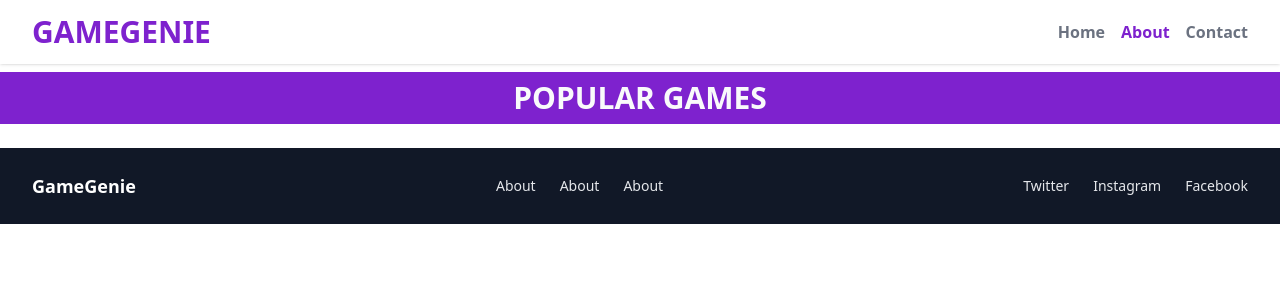
Repository: mfaeezshabbir/Gamegenie
Page: /allGames
These files come from the project's save history. The page is drawn as it stood at one moment and after the next save; the edit follows.
The browser window is 1280 px wide. The pictures show the whole page.
The page's requests for data from a server got no answer. The project was rebuilt for these pictures with package versions that can differ from the ones it lists, and the page was loaded fresh each time. The framework's server and built-in components were replaced by stand-ins that run in the browser. No one was signed in, and anything a server would have sent is missing. Also part of the build but not shown: next.config.js, components/GameCard/GameCard.jsx.

Above is the page before, as saved 2023-04-18 15:53:21.

### pages/_app.js
import Footer from "@/components/Footer/Footer";
import Header from "@/components/Header/Header";
import "@/styles/globals.css";

export default function App({ Component, pageProps }) {
  return (
    <>
      <Header />
      <Component {...pageProps} />
      <Footer />
    </>
  );
}

### pages/allGames.jsx
import { useEffect, useState } from "react";
import axios from "axios";
import GameCard from "../components/GameCard/GameCard";

export default function Home() {
  const [games, setGames] = useState([]);

  useEffect(() => {
    axios
      .get("/api/games")
      .then((response) => {
        setGames(response.data);
      })
      .catch((error) => {
        console.error(error);
      });
  }, []);

  return (
    <div className=" mt-2" >
      <h1 className="text-3xl text-center bg-purple-700 p-2 uppercase font-bold text-gray-50 " >Popular Games</h1><br />
      <div className="grid grid-cols-1 sm:grid-cols-2 lg:grid-cols-3 gap-4">
        {games.map((game) => (
          <GameCard key={game.name} game={game} />
        ))}
      </div>
    </div>
  );
}

### components/Footer/Footer.jsx
import Link from 'next/link';

function Footer() {
  return (
    <footer className="bg-gray-900 text-gray-200 py-6 w-full">
      <div className="max-w-7xl mx-auto px-4 sm:px-6 lg:px-8 flex flex-wrap justify-between items-center">
        <div className="w-full sm:w-auto mb-4 sm:mb-0">
          <Link href="/" className="text-lg font-bold text-white hover:text-gray-400 transition-colors duration-300">
            GameGenie
          </Link>
        </div>
        <div className="w-full sm:w-auto text-sm">
          <ul className="flex flex-wrap gap-6">
            <li>
              <Link href="/about" className="hover:text-gray-400 transition-colors duration-300">
                About
              </Link>
            </li>
            <li>
              <Link href="/about" className="hover:text-gray-400 transition-colors duration-300">
                About
              </Link>
            </li>
            <li>
              <Link href="/about" className="hover:text-gray-400 transition-colors duration-300">
                About
              </Link>
            </li>
          </ul>
        </div>
        <div className="w-full sm:w-auto text-sm">
          <ul className="flex flex-wrap gap-6">
            <li>
              <a href="https://twitter.com/GameGenie" target="_blank" rel="noopener noreferrer" className="hover:text-gray-400 transition-colors duration-300">
                Twitter
              </a>
            </li>
            <li>
              <a href="https://www.instagram.com/GameGenie" target="_blank" rel="noopener noreferrer" className="hover:text-gray-400 transition-colors duration-300">
                Instagram
              </a>
            </li>
            <li>
              <a href="https://www.facebook.com/GameGenie" target="_blank" rel="noopener noreferrer" className="hover:text-gray-400 transition-colors duration-300">
                Facebook
              </a>
            </li>
          </ul>
        </div>
      </div>
    </footer>
  );
}

export default Footer;

### components/Header/Header.jsx
import React, { useState } from 'react';
import Link from 'next/link';
import { useRouter } from 'next/router';

function NavItem({ href, children, active }) {
    return (
        <Link href={href}>
            <div className={`text-gray-500 hover:text-gray-900 ${active ? 'text-purple-700' : ''}`}>
                {children}
            </div>
        </Link>
    );
}

function Header() {
    const [isMenuOpen, setIsMenuOpen] = useState(false);

    const toggleMenu = () => {
        setIsMenuOpen(prevState => !prevState);
    };

    const links = [
        { href: '/', text: 'Home' },
        { href: '/allGames', text: 'About' },
        { href: '/profile', text: 'Contact' },
    ];

    const currentPath = useRouter().pathname;

    const MobileMenu = () => (
        <div className={`${isMenuOpen ? 'block' : 'hidden'} md:hidden`} id="mobile-menu">
            <div className="px-2 pt-2 pb-3 space-y-1 sm:px-3">
                {links.map(link => (
                    <NavItem
                        key={link.href}
                        href={link.href}
                        active={link.href === currentPath}
                    >
                        {link.text}
                    </NavItem>
                ))}
            </div>
        </div>
    );

    return (
        <>
            <header className="bg-white shadow fixed w-full z-10">
                <div className="max-w-7xl mx-auto px-4 sm:px-6 lg:px-8">
                    <nav className="flex justify-between items-center h-16">
                        <div className="flex-shrink-0 text-3xl text-purple-700 uppercase font-bold">
                            <Link href="/">
                                {/* <Logo className="h-6 w-6" alt="GameGenie logo" /> */}
                                Gamegenie
                            </Link>
                        </div>
                        <div className="hidden md:block">
                            <div className="ml-10 flex items-baseline space-x-4 font-semibold ">
                                {links.map(link => (
                                    <NavItem
                                        key={link.href}
                                        href={link.href}
                                        active={link.href === currentPath}
                                    >
                                        {link.text}
                                    </NavItem>
                                ))}
                            </div>
                        </div>
                        <div className="-mr-2 flex md:hidden">
                            <button
                                type="button"
                                onClick={toggleMenu}
                                className="inline-flex items-center justify-center p-2 rounded-md text-gray-400 hover:text-gray-500 hover:bg-gray-100 focus:outline-none focus:ring-2 focus:ring-offset-2 focus:ring-offset-gray-100 focus:ring-indigo-500"
                                aria-controls="mobile-menu"
                                aria-expanded="false"
                            >
                                <span className="sr-only">Open main menu</span>
                                <svg
                                    className={`${isMenuOpen ? 'hidden' : 'block'} h-6 w-6`}
                                    xmlns="http://www.w3.org/2000/svg"
                                    fill="none"
                                    viewBox="0 0 24 24"
                                    stroke="currentColor"
                                    aria-hidden="true"
                                >
                                    <path strokeLinecap="round" strokeLinejoin="round" strokeWidth="2" d="M4 6h16M4 12h16M4 18h16" />
                                </svg>
                                <svg className={`${isMenuOpen ? 'block' : 'hidden'} h-6 w-6`}
                                    xmlns="http://www.w3.org/2000/svg"
                                    fill="none"
                                    viewBox="0 0 24 24"
                                    stroke="currentColor"
                                    aria-hidden="true"
                                >
                                    <path strokeLinecap="round" strokeLinejoin="round" strokeWidth="2" d="M6 18L18 6M6 6l12 12" />
                                </svg>
                            </button>
                        </div>
                    </nav>
                </div>
                <MobileMenu />
            </header>
            <div className="h-16" />
        </>
    );
}

export default Header;

### styles/globals.css
@tailwind base;
@tailwind components;
@tailwind utilities;

:root::-webkit-scrollbar{
    display: none;
}

Loaded but not shown: pages/_document.js (common file); tailwind.config.js (common file)

After the next save:
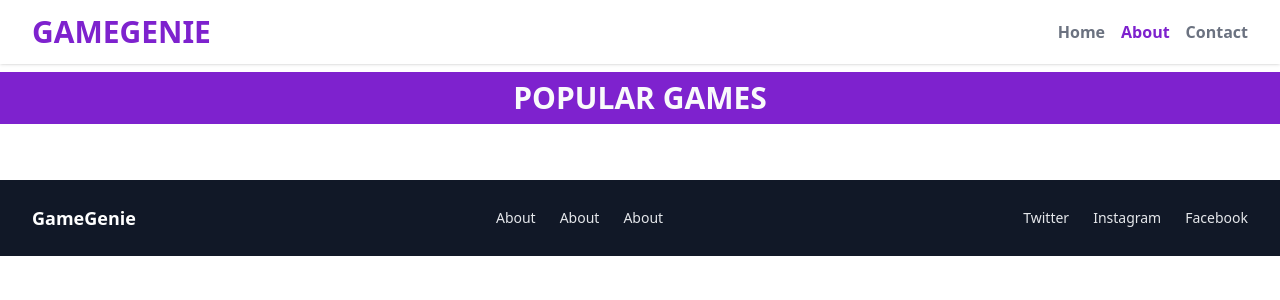
Saved 5 s later.
--- a/pages/allGames.jsx
+++ b/pages/allGames.jsx
@@ -19,7 +19,7 @@ export default function Home() {
   return (
     <div className=" mt-2" >
       <h1 className="text-3xl text-center bg-purple-700 p-2 uppercase font-bold text-gray-50 " >Popular Games</h1><br />
-      <div className="grid grid-cols-1 sm:grid-cols-2 lg:grid-cols-3 gap-4">
+      <div className="m-4 grid grid-cols-1 sm:grid-cols-2 lg:grid-cols-3 gap-4">
         {games.map((game) => (
           <GameCard key={game.name} game={game} />
         ))}
